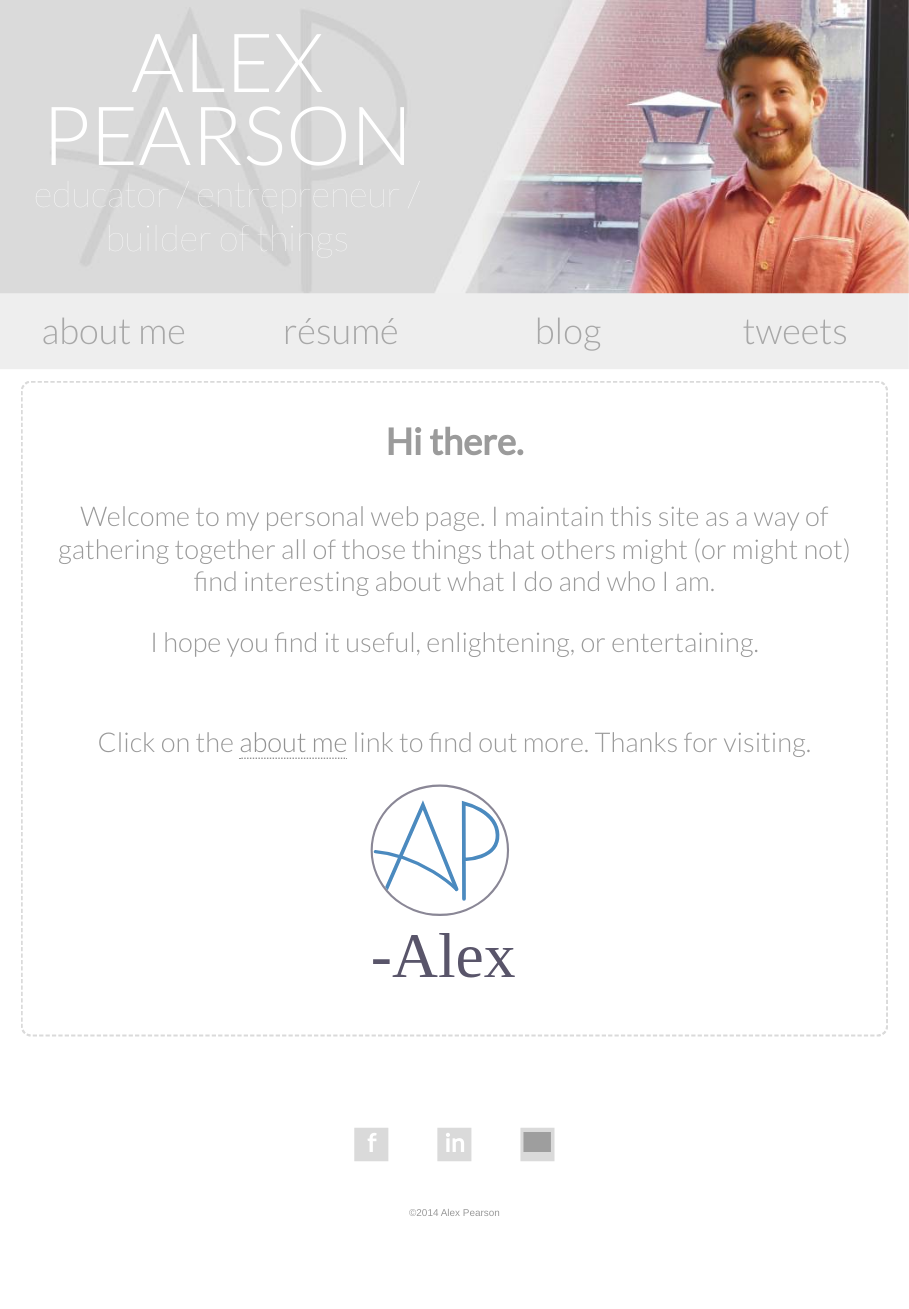
Repository: NAlexPear/personal-page
Page: about/index.html
The author's editor kept a record of every edit. The page is drawn from the files as they stood at one moment, then again after the next edit.
The browser window is 1280 px wide. The pictures show the whole page, at 71% of full size.
Pictures or frames that could not be fetched are drawn as grey boxes.

Above is the page before.

After the next edit:
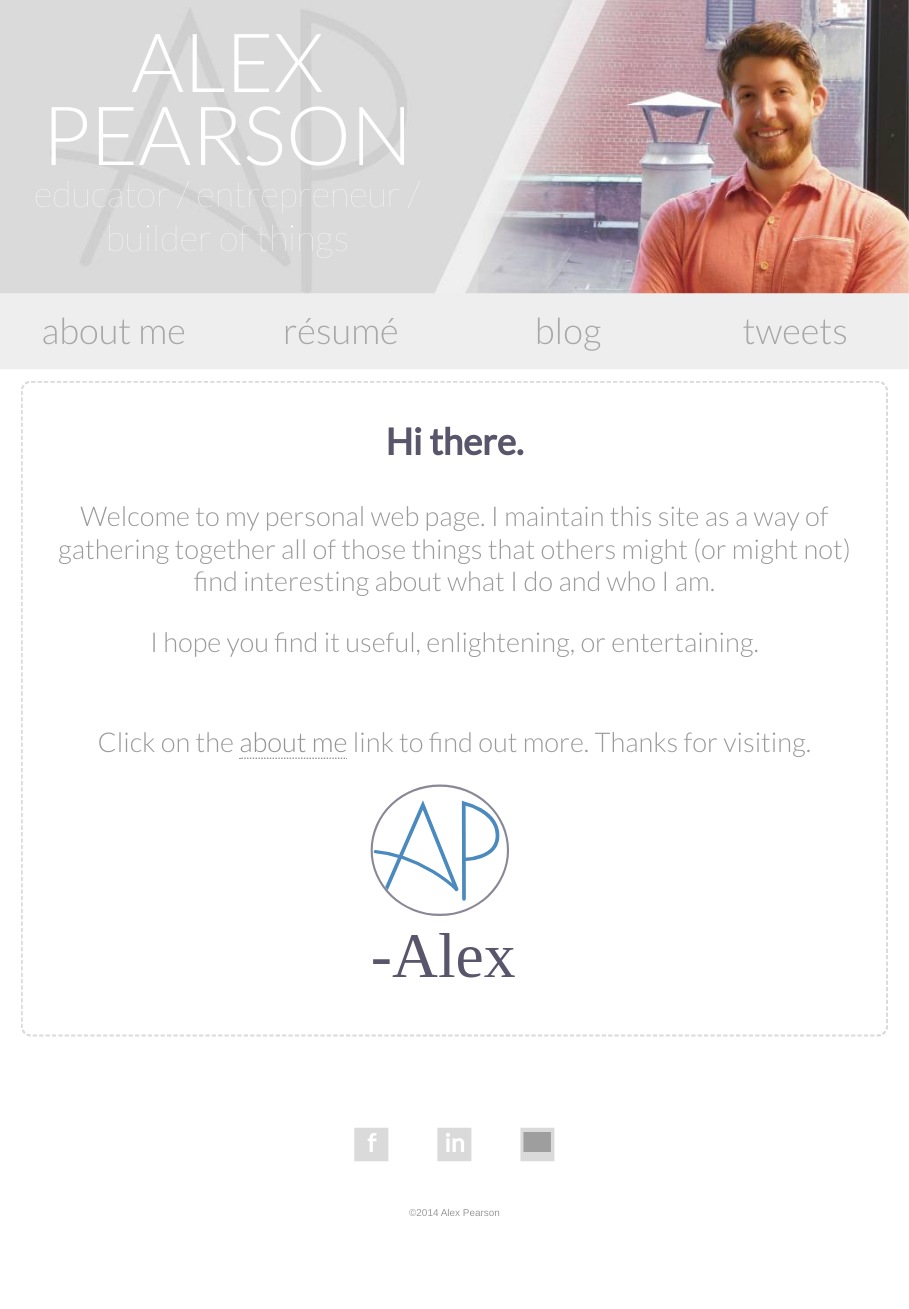
The edit:
--- a/about/index.html
+++ b/about/index.html
@@ -71,7 +71,7 @@
     </div>
     <div id="content-wrapper">
         <div id="content">
-            <p style="font-weight:bold; text-align: center; font-size:4vw;">Hi there.</p>
+            <p style="font-weight:bold; text-align: center; font-size:4vw; color:#59556A;">Hi there.</p>
             <p style="text-align:center;">Welcome to my personal web page. I maintain this site as a way of gathering together all of those things that others might (or might not) find interesting about what I do and who I am.
             <br>
             <p style="text-align:center;">I hope you find it useful, enlightening, or entertaining.</p>
